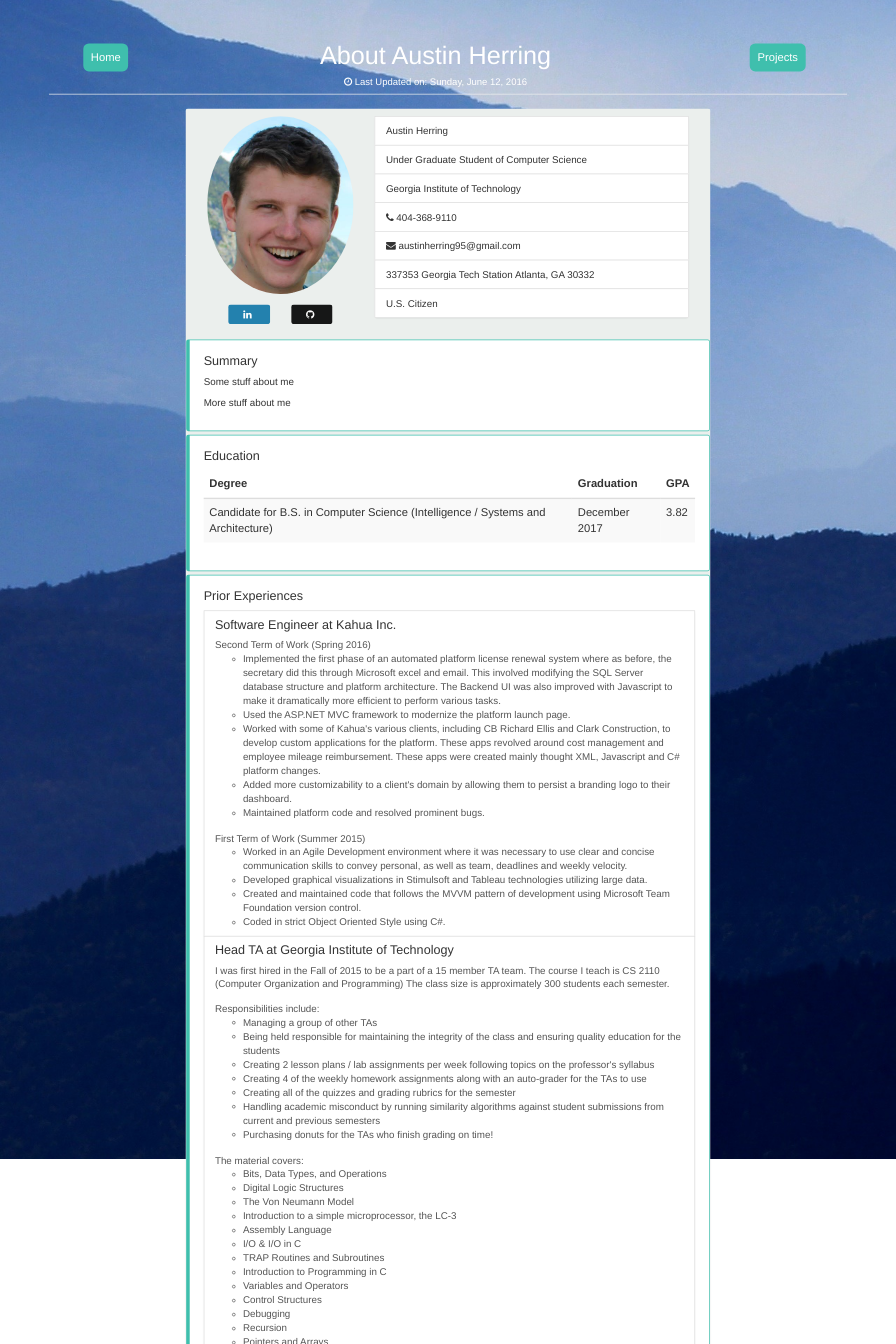
Repository: austinHerring/PersonalWebsite
Page: PersonalWebsite/WebContent/about.html
These files come from the project's save history. The page is drawn as it stood at one moment and after the next save; the edit follows.
The browser window is 1280 px wide. The pictures show the part of the page from y = 0 to 1920 px (the page is 2987 px tall), at 70% of full size.
Some web libraries are served in a nearby version.

Above is the page before, as saved 2016-06-13 04:01:51.

### PersonalWebsite/WebContent/about.html
<html>
<head>
	<meta charset="utf-8"/>
	<title>About - Austin</title>
	<link rel="stylesheet" href="css/bootstrap.min.css">
	<link rel="stylesheet" href="css/bootstrap-theme.min.css">
	<link rel="stylesheet" href="css/about.css">
	<link rel="stylesheet" href="css/general.css">
</head>
<body>
	<div class="container" id="page-wrap">
		<div class="resume">
		    <header class="page-header">
			    <table class="table-header">
			    	<tr>
			    		<td>
				    		<a class="button button1" href="index.html" role="button">Home</a>
			    		</td>
			    		<td style="text-align: center;">
				    		<h1 class="page-title">About Austin Herring</h1>
				    		<small> <i class="fa fa-clock-o"></i> Last Updated on: <time>Sunday, June 12, 2016</time></small>
			    		</td>
			    		<td>
							<a class="button button1" href="projects.html" role="button">Projects</a>
			    		</td>
			    	</tr>
			    </table>
			</header>
			<div class="row">
			  <div class="col-xs-12 col-sm-12 col-md-offset-1 col-md-10 col-lg-offset-2 col-lg-8">
			    <div class="panel pandel-trans">
			      <div class="panel-heading resume-heading">
			        <div class="row">
			          <div class="col-lg-12">
			            <div class="col-xs-12 col-sm-4">
			              <figure>
			                <img class="img-circle img-responsive" alt="Picture of Austin" src="images/austinEurope1.png">
			              </figure>
			                <div class="col-xs-12 social-btns">
			                    <div class="col-xs-3 col-md-1 col-lg-6 social-btn-holder">
			                      <a href="https://www.linkedin.com/in/austin-herring-810350a3?trk=nav_responsive_tab_profile" class="btn btn-social btn-block btn-linkedin">
			                        <i class="fa fa-linkedin"></i> </a>
			                    </div>
			                    <div class="col-xs-3 col-md-1 col-lg-6 social-btn-holder">
			                      <a href="https://github.com/austinHerring" class="btn btn-social btn-block btn-github">
			                        <i class="fa fa-github"></i> </a>
			                    </div>
			                </div>
			            </div>

			            <div class="col-xs-12 col-sm-8">
			              <ul class="list-group">
			                <li class="list-group-item">Austin Herring</li>
			                <li class="list-group-item">Under Graduate Student of Computer Science</li>
			                <li class="list-group-item">Georgia Institute of Technology</li>
			                <li class="list-group-item"><i class="fa fa-phone"></i> 404-368-9110 </li>
			                <li class="list-group-item"><i class="fa fa-envelope"></i> austinherring95@gmail.com</li>
			                <li class="list-group-item">337353 Georgia Tech Station Atlanta, GA 30332</li>
			                <li class="list-group-item">U.S. Citizen</li>
			              </ul>
			            </div>
			          </div>
			        </div>
			      </div>
			      <div class="bs-callout">
			        <h4>Summary</h4>
			        <p>
			        	Some stuff about me
			        </p>
			        <p>
			         	More stuff about me
			        </p>
			      </div>
			      <div class="bs-callout">
			        <h4>Education</h4>
			        <table class="table table-striped table-responsive ">
			          <thead>
			            <tr><th>Degree</th>
			            <th>Graduation</th>
			            <th>GPA</th>
			          </tr></thead>
			          <tbody>
			            <tr>
			              <td>Candidate for B.S. in Computer Science (Intelligence / Systems and Architecture)</td>
			              <td>December 2017</td>
			              <td>3.82</td>
			            </tr>
			          </tbody>
			        </table>
			      </div>

			      <div class="bs-callout">
			        <h4>Prior Experiences</h4>
			        <ul class="list-group">
			          <a class="list-group-item active-link" href="https://www.kahua.com/">
			            <h4 class="list-group-item-heading">
			              Software Engineer at Kahua Inc.
			            </h4>
			            <p class="list-group-item-text">
				             Second Term of Work (Spring 2016)
			             </p>
			             <ul>
			                <li>
			                     Implemented the first phase of an automated platform license renewal system where as before, the secretary did this through Microsoft excel and email. This involved modifying the SQL Server database structure and platform architecture. The Backend UI was also improved with Javascript to make it dramatically more efficient to perform various tasks.
			                </li>
			                <li>
					             Used the ASP.NET MVC framework to modernize the platform launch page.
			                </li>
			                <li>
					             Worked with some of Kahua's various clients, including CB Richard Ellis and Clark Construction, to develop custom applications for the platform. These apps revolved around cost management and employee mileage reimbursement. These apps were created mainly thought XML, Javascript and C# platform changes.
			                </li>
			                <li>
					             Added more customizability to a client's domain by allowing them to persist a branding logo to their dashboard.
			                </li>
			                <li>
					             Maintained platform code and resolved prominent bugs.
			                </li>
		                </ul>
		                <p class="list-group-item-text">
				             <br/>First Term of Work (Summer 2015)
			             </p>
			             <ul>
			                <li>
			                     Worked in an Agile Development environment where it was necessary to use clear and concise communication skills to convey personal, as well as team, deadlines and weekly velocity.
			                </li>
			                <li>
					             Developed graphical visualizations in Stimulsoft and Tableau technologies utilizing large data.
			                </li>
			                <li>
					             Created and maintained code that follows the MVVM pattern of development using Microsoft Team Foundation version control.
			                </li>
			                <li>
					             Coded in strict Object Oriented Style using C#.
			                </li>
		                </ul>
			          </a>
			          <a class="list-group-item inactive-link" href="#">
			            <h4 class="list-group-item-heading">Head TA at Georgia Institute of Technology</h4>
			            <p class="list-group-item-text">
				             	I was first hired in the Fall of 2015 to be a part of a 15 member TA team. The course I teach is CS 2110 (Computer Organization and Programming)
				             The class size is approximately 300 students each semester.
			             </p>
			             <p class="list-group-item-text"><br/>Responsibilities include:</p>
			             <ul>
			                <li>
			                     Managing a group of other TAs
			                </li>
			                <li>
					             Being held responsible for maintaining the integrity of the class and ensuring quality education for the students
			                </li>
			                <li>
					             Creating 2 lesson plans / lab assignments per week following topics on the professor's syllabus
			                </li>
			                <li>
					             Creating 4 of the weekly homework assignments along with an auto-grader for the TAs to use
			                </li>
			                <li>
					             Creating all of the quizzes and grading rubrics for the semester
			                </li>
			                <li>
					             Handling academic misconduct by running similarity algorithms against student submissions from current and previous semesters
			                </li>
			                <li>
			                	 Purchasing donuts for the TAs who finish grading on time!
			                </li>
		                </ul>
		                <p class="list-group-item-text"><br/>The material covers:</p>
		                <ul>
		                	<li>
		                		Bits, Data Types, and Operations
		                	</li>
		                	<li>
		                		Digital Logic Structures
		                	</li>
		                	<li>
		                		The Von Neumann Model
		                	</li>
		                	<li>
		                		Introduction to a simple microprocessor, the LC-3
		                	</li>
		                	<li>
		                		Assembly Language
		                	</li>
		                	<li>
		                		I/O & I/O in C
		                	</li>
		                	<li>
		                		TRAP Routines and Subroutines
		                	</li>
		                	<li>
		                		Introduction to Programming in C
		                	</li>
		                	<li>
		                		Variables and Operators
		                	</li>
		                	<li>
		                		Control Structures
		                	</li>
		                	<li>
		                		Debugging
		                	</li>
		                	<li>
		                		Recursion
		                	</li>
		                	<li>
		                		Pointers and Arrays
		                	</li>
		                	<li>
		                		Data Structures in C
		                	</li>
		                </ul>
			          </a>
			        </ul>
			      </div>

			      <div class="bs-callout">
			        <h4>Research Interests</h4>
			        <p>
			          Software Engineering, Machine Learning, Password Security
			        </p>
			      </div>

			      <div class="bs-callout">
			        <h4>Language and Platform Skills</h4>
			        <ul class="list-group">
			          <a class="list-group-item inactive-link" href="#">
			            <div class="progress">
			              <div data-placement="top" style="width: 90%;"
			              aria-valuemax="100" aria-valuemin="0" aria-valuenow="80" role="progressbar" class="progress-bar progress-bar-success">
			                <span class="sr-only">80%</span>
			                <span class="progress-type">Java / C# / OOD / MVVM</span>
			              </div>
			            </div>
			            <div class="progress">
			              <div data-placement="top" style="width: 80%;" aria-valuemax="100" aria-valuemin="0" aria-valuenow="60" role="progressbar" class="progress-bar progress-bar-success">
			                <span class="sr-only">60%</span>
			                <span class="progress-type">C</span>
			              </div>
			            </div>
			            <div class="progress">
			              <div data-placement="top" style="width: 75%;" aria-valuemax="100" aria-valuemin="0" aria-valuenow="60" role="progressbar" class="progress-bar progress-bar-success">
			                <span class="sr-only">60%</span>
			                <span class="progress-type">Android Development</span>
			              </div>
			            </div>
			            <div class="progress">
			              <div data-placement="top" style="width: 75%;" aria-valuemax="100" aria-valuemin="0" aria-valuenow="1" role="progressbar" class="progress-bar progress-bar-success">
			                <span class="sr-only">70%</span>
			                <span class="progress-type">JavaScript</span>
			              </div>
			            </div>
			            <div class="progress">
			              <div data-placement="top" style="width: 70%;" aria-valuemax="100" aria-valuemin="0" aria-valuenow="60" role="progressbar" class="progress-bar progress-bar-success">
			                <span class="sr-only">60%</span>
			                <span class="progress-type">MATLAB</span>
			              </div>
			            </div>
			            <div class="progress">
			              <div data-placement="top" style="width: 65%;" aria-valuemax="100" aria-valuemin="0" aria-valuenow="50" role="progressbar" class="progress-bar progress-bar-warning">
			                <span class="sr-only">50%</span>
			                <span class="progress-type">ASP.NET (MVC) Framework / XML</span>
			              </div>
			            </div>
			            <div class="progress">
			              <div data-placement="top" style="width: 55%;" aria-valuemax="100" aria-valuemin="0" aria-valuenow="1" role="progressbar" class="progress-bar progress-bar-warning">
			                <span class="sr-only">65%</span>
			                <span class="progress-type">Python</span>
			              </div>
			            </div>
			            <div class="progress">
			              <div data-placement="top" style="width: 40%;" aria-valuemax="100" aria-valuemin="0" aria-valuenow="1" role="progressbar" class="progress-bar progress-bar-warning">
			                <span class="sr-only">70%</span>
			                <span class="progress-type">T-SQL</span>
			              </div>
			            </div>
			            <div class="progress">
			              <div data-placement="top" style="width: 20%;" aria-valuemax="100" aria-valuemin="0" aria-valuenow="1" role="progressbar" class="progress-bar progress-bar-warning">
			                <span class="sr-only">70%</span>
			                <span class="progress-type">MEAN Stack </span>
			              </div>
			            </div>
			            <div class="progress">
			              <div data-placement="top" style="width: 15%;" aria-valuemax="100" aria-valuemin="0" aria-valuenow="50" role="progressbar" class="progress-bar progress-bar-warning">
			                <span class="sr-only">10%</span>
			                <span class="progress-type">WPF.NET XAML</span>
			              </div>
			            </div>

			            <div class="progress-meter">
			              <div style="width: 25%;" class="meter meter-left"><span class="meter-text">Some Exposure</span></div>
			              <div style="width: 25%;" class="meter meter-left"><span class="meter-text">Descent Experience</span></div>
			              <div style="width: 30%;" class="meter meter-left"><span class="meter-text">Sufficient</span></div>
			              <div style="width: 20%;" class="meter meter-left"><span class="meter-text">Strong Knowledge</span></div>
			            </div>
			          </a>
			        </ul>
			      </div>

			      <div class="bs-callout">
			        <h4>Involvement and Hobbies</h4>
			        <ul class="list-group">
			          <li class="list-group-item">
			          	<p>Top 10 finalist at GT Hackathon</p>
			          	<ul>
			          		<li>Worked with <a href="https://www.linkedin.com/in/terrence-alsup-8bb8508a?authType=name&authToken=7kiY&trk=contacts-contacts-list-contact_name-0">Avery Alsup</a></li>
			          		<li>Wrote a Machine learning algorithm to predict credit card folding and data analysis</li>
			          	</ul>
			          </li>
			          <li class="list-group-item"> Georgia Tech Mobile Application Development Club</li>
			          <li class="list-group-item"> Volunteering at Shepherd’s Refuge (Non-Profit Ministry) - doing light construction</li>
			          <li class="list-group-item"> Skydiving / Playing Guitar</li>
			        </ul>
			      </div>

			    </div>
			  </div>
			</div>
		</div>
	</div>

	<div id="bg">
		<img src="images/background.jpg" alt="">
	</div>

	<script src="js/jquery.min.js"></script>
	<script src="js/bootstrap.min.js"></script>
</body>
</html>

### PersonalWebsite/WebContent/css/about.css
/* uses font awesome for social icons */
@import url(http://maxcdn.bootstrapcdn.com/font-awesome/4.2.0/css/font-awesome.min.css);

/*social buttons*/
.btn-social{
  color: white;
  opacity:0.9;
}
.btn-social:hover {
  color: white;
    opacity:1;
}
.btn-linkedin {
background-color:#0e76a8;
opacity:0.9;
}
.btn-github{
  background-color:#000000;
  opacity:0.9;
}
.btn-google {
  background-color: #c32f10;
  opacity: 0.9;
}
.btn-stackoverflow{
  background-color: #D38B28;
  opacity: 0.9;
}

/* resume stuff */
.pandel-trans {
	background-color:#ebefed
}

.bs-callout {
    -moz-border-bottom-colors: none;
    -moz-border-left-colors: none;
    -moz-border-right-colors: none;
    -moz-border-top-colors: none;
    border-color: #3fbfad;
    background-color:white;
    border-image: none;
    border-radius: 3px;
    border-style: solid;
    border-width: 1px 1px 1px 5px;
    margin-bottom: 5px;
    padding: 20px;
}
.bs-callout:last-child {
    margin-bottom: 0px;
}
.bs-callout h4 {
    margin-bottom: 10px;
    margin-top: 0;
}

.resume .list-group-item:first-child, .resume .list-group-item:last-child{
  border-radius:0;
}

/*makes an anchor inactive(not clickable)*/
.inactive-link {
   pointer-events: none;
   cursor: default;
}

.resume-heading .social-btns{
  margin-top:15px;
}
.resume-heading .social-btns i.fa{
  margin-left:-5px;
}



@media (max-width: 992px) {
  .resume-heading .social-btn-holder{
    padding:5px;
  }
}

/* skill meter in resume. copy pasted from http://bootsnipp.com/snippets/featured/progress-bar-meter */

.progress-bar {
    text-align: left;
	white-space: nowrap;
	white-space: nowrap;
	overflow: hidden;
	text-overflow: ellipsis;
	cursor: pointer;
}

.progress-bar > .progress-type {
	padding-left: 10px;
}

.progress-meter {
	min-height: 15px;
	border-bottom: 2px solid rgb(160, 160, 160);
  margin-bottom: 15px;
}

.progress-meter > .meter {
	position: relative;
	float: left;
	min-height: 15px;
	border-width: 0px;
	border-style: solid;
	border-color: rgb(160, 160, 160);
}

.progress-meter > .meter-left {
	border-left-width: 2px;
}

.progress-meter > .meter-right {
	float: right;
	border-right-width: 2px;
}

.progress-meter > .meter-right:last-child {
	border-left-width: 2px;
}

.progress-meter > .meter > .meter-text {
	position: absolute;
	display: inline-block;
	bottom: -20px;
	width: 100%;
	font-weight: 700;
	font-size: 0.85em;
	color: rgb(160, 160, 160);
	text-align: left;
}

.progress-meter > .meter.meter-right > .meter-text {
	text-align: right;
}

### PersonalWebsite/WebContent/css/general.css
@CHARSET "UTF-8";
.button {
    background-color: #3fbfad;
    border: none;
    color: white;
    padding: 8px 8px;
    text-align: center;
    text-decoration: none;
    display: inline-block;
    font-size: 16px;
    margin: 4px 2px;
    -webkit-transition-duration: 0.4s; /* Safari */
    transition-duration: 0.4s;
    cursor: pointer;
    border-radius: 8px;
}

.button1 {
    background-color: #3fbfad;
    color: white;
    border: 3px solid #3fbfad;
}

.button1:hover {
    background:rgba(0,0,0,0);
    color: white;
    text-decoration: none;
    border: 3px solid white;
}

.page-header{
  text-align: center;
  color: white;
}

.table-header{
  text-align: center;
  color: white;
  width:100%;
}

#bg {
	position:fixed;
	top:-50%;
	left:-50%;
	width:100%;
	height:80%;
}

#bg img {
	position:absolute;
	top:0;
	left:0;
	right:0;
	bottom:0;
	margin:auto;
	min-width:50%;
	min-height:50%;
}

#page-wrap { position: relative; z-index: 2}

Loaded but not shown: PersonalWebsite/WebContent/css/bootstrap.min.css (library); PersonalWebsite/WebContent/css/bootstrap-theme.min.css (library); PersonalWebsite/WebContent/js/jquery.min.js (library); PersonalWebsite/WebContent/js/bootstrap.min.js (library)

After the next save:
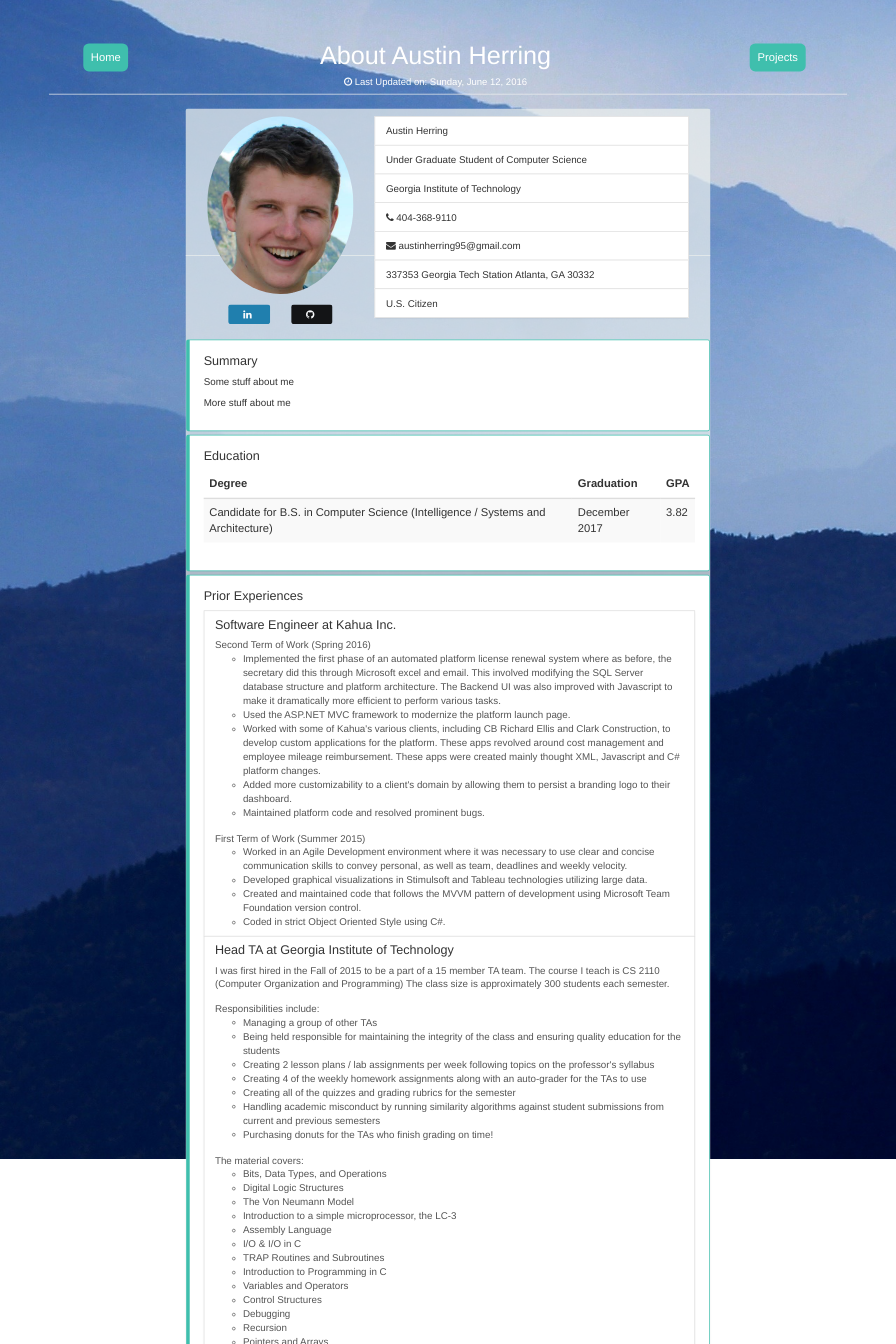
Saved 95 s later.
--- a/PersonalWebsite/WebContent/css/about.css
+++ b/PersonalWebsite/WebContent/css/about.css
@@ -29,7 +29,7 @@ opacity:0.9;
 
 /* resume stuff */
 .pandel-trans {
-	background-color:#ebefed
+	background-color:rgb(235, 239, 237, 0.72)
 }
 
 .bs-callout {
